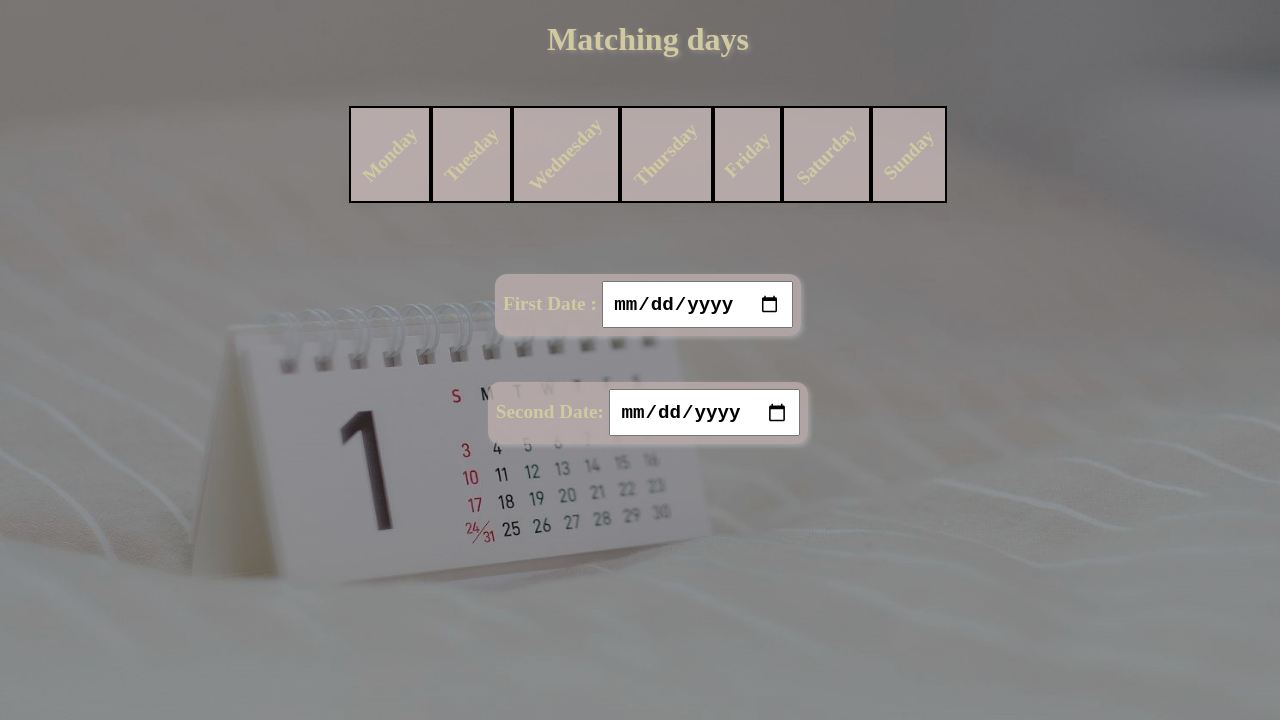
Repository: lasity34/matching-days
Page: index.html
An editor plug-in stored every save of this project. The page is shown before and after the next save, followed by the edit.
The browser window is 1280 px wide. The page is 1288 px wide, so the pictures cover 1288 px, including what lies to the right of the window. The pictures show the whole page.
Some web fonts or font styles are not loaded; a fallback is used. Some web libraries are served in a nearby version.

Above is the page before, as saved 2023-05-10 12:40:55.

### index.html
<!DOCTYPE html>
<html lang="en">
<head>
    <meta charset="UTF-8">
    <meta http-equiv="X-UA-Compatible" content="IE=edge">
    <meta name="viewport" content="width=device-width, initial-scale=1.0">
    <title>Matching days</title>
    <link rel="preconnect" href="https://fonts.googleapis.com">
<link rel="preconnect" href="https://fonts.gstatic.com" crossorigin>
<link href="https://fonts.googleapis.com/css2?family=Battambang:wght@300;400;700&display=swap" rel="stylesheet">
    <link rel="stylesheet" href="style.css" >
    <script src="https://cdnjs.cloudflare.com/ajax/libs/handlebars.js/4.0.11/handlebars.min.js"></script>
    <script type="text/x-template" id="days_template">
        {{#each different_days}}
        <div class="day_box"><p class="day_text">{{day}}</p></div>
        {{/each}}
    </script>
</head>
<body>

    <h1>Matching days</h1>
    <section class="days_container">

    </section>
    <section class="date_input_container">
        <div class="input_box">

            <label for="first_date">First Date :</label>
            <input type="date" id="first_date" name="first_date" />
        </div>
        <div class="input_box">

            <label for="second_date">Second Date:</label>
            <input type="date" id="second_date" name="second_date"/>
        </div>
    </section>


        <!-- matching-days function -->
        <script src="/matching-days.js" charset="utf-8"></script>
        <!-- followed by the tests -->
        <script src="./matching-days-factory.js" charset="utf-8"></script>

</body>
</html>

### style.css

html {
    font-family: 'Battambang', cursive;
    background: url("./Images/background.jpg") no-repeat  center / 100% 100% fixed ;
    font-weight: 700;
    font-size: 16px;
    color: #D1CAA1
}

body {
    width: 100%;
}

h1 {
    text-align: center;
    text-shadow: 2px 2px 5px rgba(227, 223, 223, 0.3);
}
/* days display */
.days_container {
    display: flex;
    justify-content: center;
    margin: 3em auto;
    width: 100%;
}

.day_box {
    border: 2px solid black;
    padding: 1em 0.3em;
    background-color: rgba(197, 182, 182, 0.8);
}

.day_text {
    transform: rotate(-45deg);
    font-size: 1.2rem;
}

/* dates input */


.date_input_container {
    display: flex;
    flex-direction: column;
    align-items: center;
    justify-content: space-around;
    height: 30vh;
    font-size: 1.2rem;
}

input {
    font-size: 1.2rem;
    font-weight: 700;
    padding: 0.5em;
}

.input_box {
    background-color: rgba(188, 173, 173, 0.8);
    box-shadow: 2px 2px 5px rgba(245, 243, 243, 0.3);
    border-radius: 12px;
    padding: 0.4em;
}

### matching-days.js



document.addEventListener("DOMContentLoaded", function() {

    const template_source = document.querySelector("#days_template").innerHTML
    const days_template = Handlebars.compile(template_source)
    const days_data_display = document.querySelector(".days_container")

    const daysData = {
        different_days: [
            { day: "Monday"},
            { day: "Tuesday"},
            { day: "Wednesday"},
            { day: "Thursday"},
            { day: "Friday"},
            { day: "Saturday"},
            { day: "Sunday"}
        ]
    }

    const daysDataHTML = days_template(daysData)

    days_data_display.innerHTML = daysDataHTML

})

Loaded but not shown: matching-days-factory.js (no stored copy; drawn as an empty file)

After the next save:
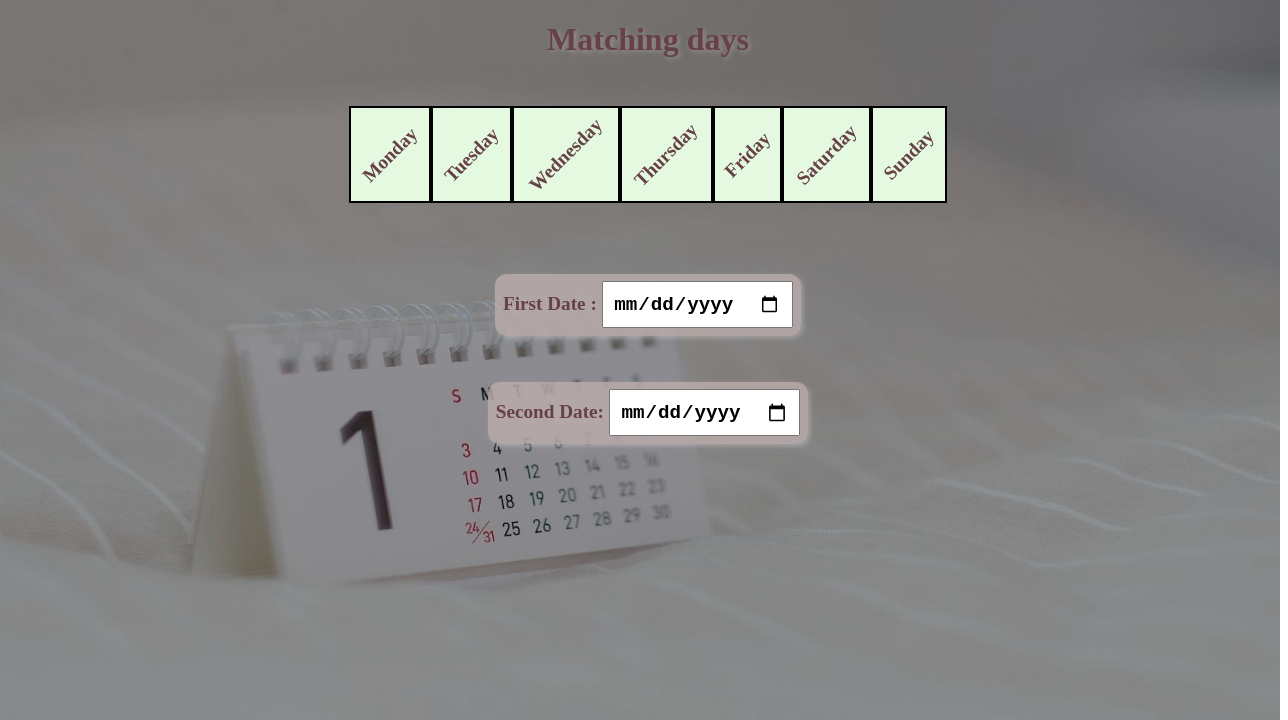
Saved 115 s later.
--- a/style.css
+++ b/style.css
@@ -4,7 +4,7 @@ html {
     background: url("./Images/background.jpg") no-repeat  center / 100% 100% fixed ;
     font-weight: 700;
     font-size: 16px;
-    color: #D1CAA1
+    color: #664147
 }
 
 body {
@@ -26,7 +26,7 @@ h1 {
 .day_box {
     border: 2px solid black;
     padding: 1em 0.3em;
-    background-color: rgba(197, 182, 182, 0.8);
+    background-color: #E5F9E0
 }
 
 .day_text {
